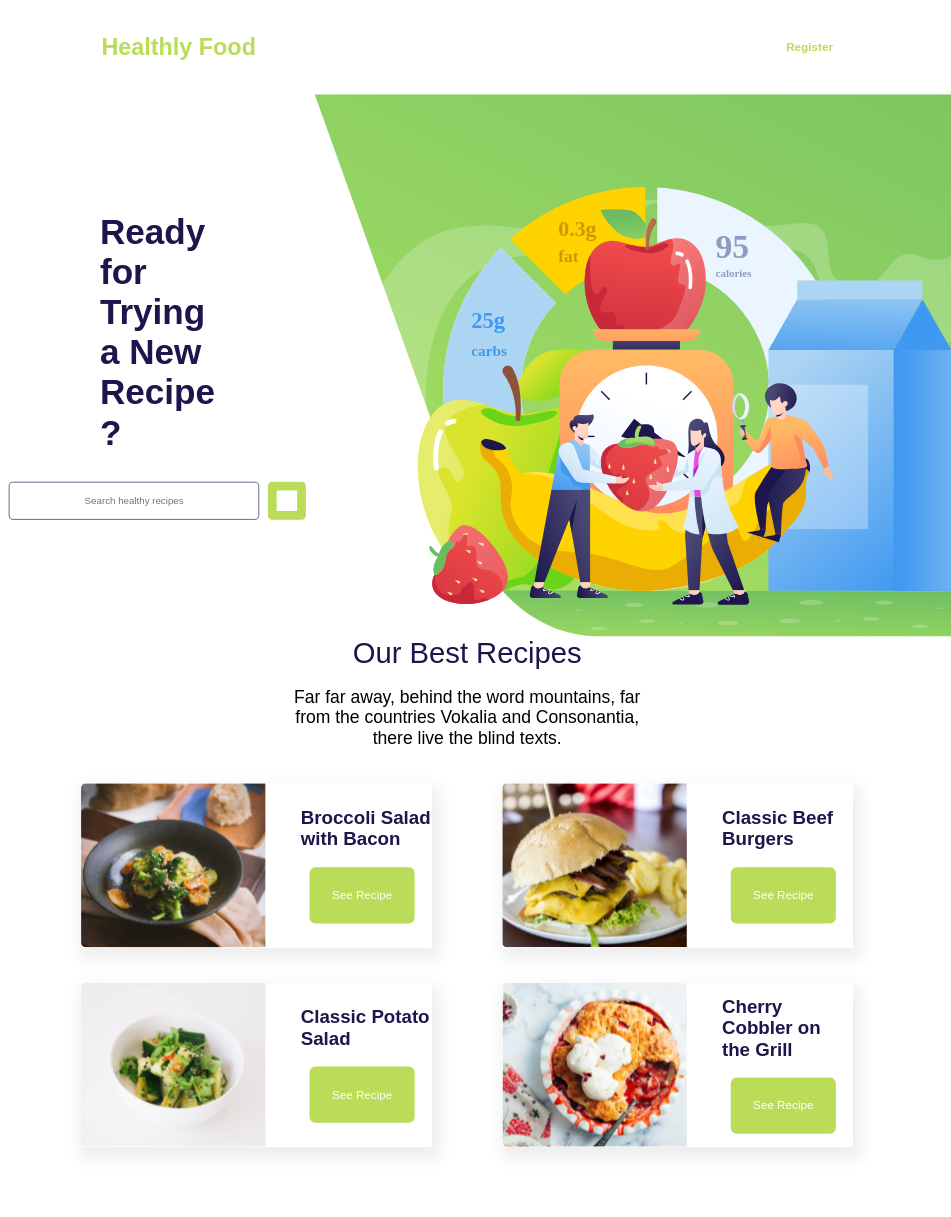
Repository: LuccaCasalecchi/HealthyFood
Page: /
An editor plug-in stored every save of this project. The page is shown before and after the next save, followed by the edit.
The browser window is 1280 px wide. The page is 1303 px wide, so the pictures cover 1303 px, including what lies to the right of the window. The pictures show the whole page, at 73% of full size.
The project was rebuilt for these pictures with package versions that can differ from the ones it lists, and the page was loaded fresh each time.

Above is the page before, as saved 2021-08-18 17:45:54.

### src/App.js
import React from 'react'
import LandingPage from './pages/LandingPage/LandingPage';

function App() {
  return (
    <div className="App">
      <LandingPage/>
    </div>
  );
}

export default App;

### src/pages/LandingPage/LandingPage.jsx
import React from "react";
import "./LandingPage.css";
import Recipes from "../../components/Recipes/Recipes";
import Main from "../../components/Main/Main";

export default function LandingPage() {
  return (
    <>
      <Main/>
      <Recipes/>
    </>
  );
}

### src/pages/LandingPage/LandingPage.css
* {
  margin: 0;
  padding: 0;
  box-sizing: border-box;
  font-family: sans-serif;
}

### src/components/Recipes/Recipes.jsx
import React from "react";
import Card from '../Card/Card'

import './Recipes.css'
import FoodOne from '../../images/comida_1.svg';
import FoodTwo from '../../images/comida_2.svg';
import FoodThree from '../../images/comida_3.svg';
import FoodFour from '../../images/comida_4.svg';

export default function Recipes() {
  return (
    <section className='recipes' id='recipes'>
      <div className='recipes__introduction'>
        <p className='introduction__title'>Our Best Recipes</p>
        <p className='introduction__description'>
          Far far away, behind the word mountains,
          far from the countries Vokalia and Consonantia,
          there live the blind texts.
        </p>
      </div>
      <div className='recipes__best'>
        <Card image={FoodOne} title='Broccoli Salad with Bacon'/>
        <Card image={FoodTwo} title='Classic Beef Burgers'/>
        <Card image={FoodThree} title='Classic Potato Salad'/>
        <Card image={FoodFour} title='Cherry Cobbler on the Grill'/>
      </div>
    </section>
  );
}

### src/components/Main/Main.jsx
import React from 'react'
import Input from '../Input/Input'
import Illustration from '../../images/Illustration.svg'
import Header from '../Header/Header'
import './Main.css'

export default function Main() {
  return (
    <div>
      <Header/>
      <div className="search-recipes">
        <div className="subtitle">
          <h2>Ready for<br />Trying a New<br />Recipe ?</h2>
          <div className="input-container">
          <Input/>
          </div>
        </div>
        <img src={Illustration} alt="" />
      </div>
    </div>
  )
}

### src/components/Card/Card.jsx
import React from 'react'
import './Card.css'

export default function Card({image, title}) {
  return (
    <div>
      <article className='recipe'>
      <img className='recipe__image' src={image} alt={title}/>
      <div className="recipe__informations">
        <p className='recipe__title'>{title}</p>
        <button className='recipe__button' to='/'>See Recipe</button>
      </div>
    </article>
    </div>
  )
}

### src/components/Recipes/Recipes.css
.recipes{
  background-color: white;
  width: 100%;
  display: flex;
  flex-direction: column;
  align-items: center;
  margin-bottom: 6rem;
}

.recipes__introduction {
  max-width: 510px;
}

.introduction__title {
  margin-bottom: 1.5rem;

  color: #1D164D;
  font-family: sans-serif;
  font-size: 2.5rem;
  text-align: center;
}

.introduction__description {
  color: var(--color-text);
  font-family: sans-serif;
  font-size: 1.5rem;
  text-align: center;
}

.recipes__best {
  display: flex;
  flex-wrap: wrap;
  justify-content: center;
}

### src/components/Input/Input.jsx
import React from 'react'
import './Input.css'

export default function Input() {
  return (
    <div className="input-container">
      <input
      type="text"
      placeholder="Search healthy recipes"/>

      <button></button>
    </div>
  )
}

### src/components/Header/Header.jsx
import React from 'react'
import './Header.css'

export default function Header() {
  return (
    <div className="header-container">
        <a href="#" className="logo">Healthly Food</a>
        <a href="#" className="register">Register</a>
    </div>
  )
}

### src/components/Main/Main.css
.search-recipes {
  display: flex;
  justify-content: space-between;
  align-items: center;
}

.subtitle {
  display: flex;
  justify-content: center;
  align-items: center;
  flex-direction: column;
}

.subtitle h2 {
  font-size: 48px;
  color: #1d164d;
  text-align: left;
  padding: 0px 137px 40px;
}

### src/components/Card/Card.css
.recipe {
  display: flex;
  align-items: center;
  margin: 3rem 3rem 0 3rem;
  box-shadow: 5px 10px 20px 6px rgba(0,0,0,0.07);
}

.recipe__image {
  max-width: 253px;
  max-height: 225px;
}

.recipe__informations {
  max-width: 180px;
  display: flex;
  flex-direction: column;
  margin-left: 3rem;
}

.recipe__title {
  margin-bottom: 1.5rem;
  color: #1D164D;
  font-family: sans-serif;
  font-size: 1.6rem;
  font-weight: 700;
}

.recipe__button {
  width: 80%;
  height: 4.8rem;
  display: flex;
  justify-content: center;
  align-items: center;
  background: #BADC58;
  color: white;
  border-radius: .5rem;
  font-family: sans-serif;
  font-size: 1rem;
  text-decoration: none;
}

### src/components/Input/Input.css
.input-container{
  display: flex;
  justify-content: center;
  align-items: center;
  padding: 0px;
}

input{
  width: 343px;
  height: 52px;
  border-radius: 6px;
  border: 1px solid #2D3561;
  text-align: center;
}

button{
  width: 52px;
  height: 52px;
  background-color: white;
  border: 12px solid #BADC58;
  border-radius: 6px;
  padding: 0px 12px;
  margin-left: 12px;
}

### src/components/Header/Header.css
.header-container{
  display: flex;
  justify-content: space-between;
  align-items: center;
  padding: 46px 0;
}

.header-container a {
  text-decoration: none;
  color: #BADC58;
  font-weight: 700;
  padding: 0 139px;
}

.header-container .logo{
  font-size: 32px;

}

.header-container .register{
  font-size: 16px;

}

Loaded but not shown: public/index.html (common file); src/index.js (common file)

After the next save:
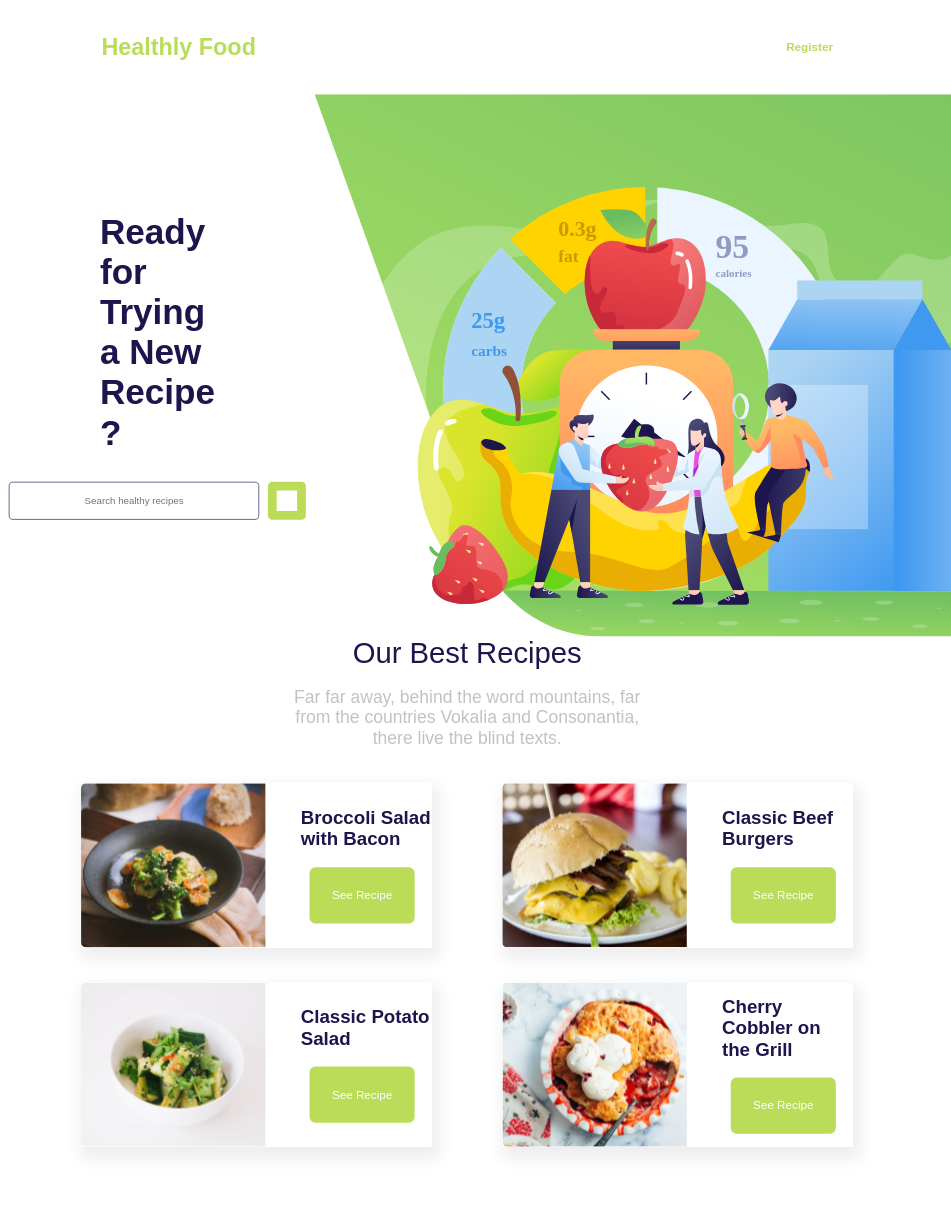
Saved 12 s later.
--- a/src/components/Recipes/Recipes.css
+++ b/src/components/Recipes/Recipes.css
@@ -21,7 +21,7 @@
 }
 
 .introduction__description {
-  color: var(--color-text);
+  color: #c2c2c2;
   font-family: sans-serif;
   font-size: 1.5rem;
   text-align: center;
